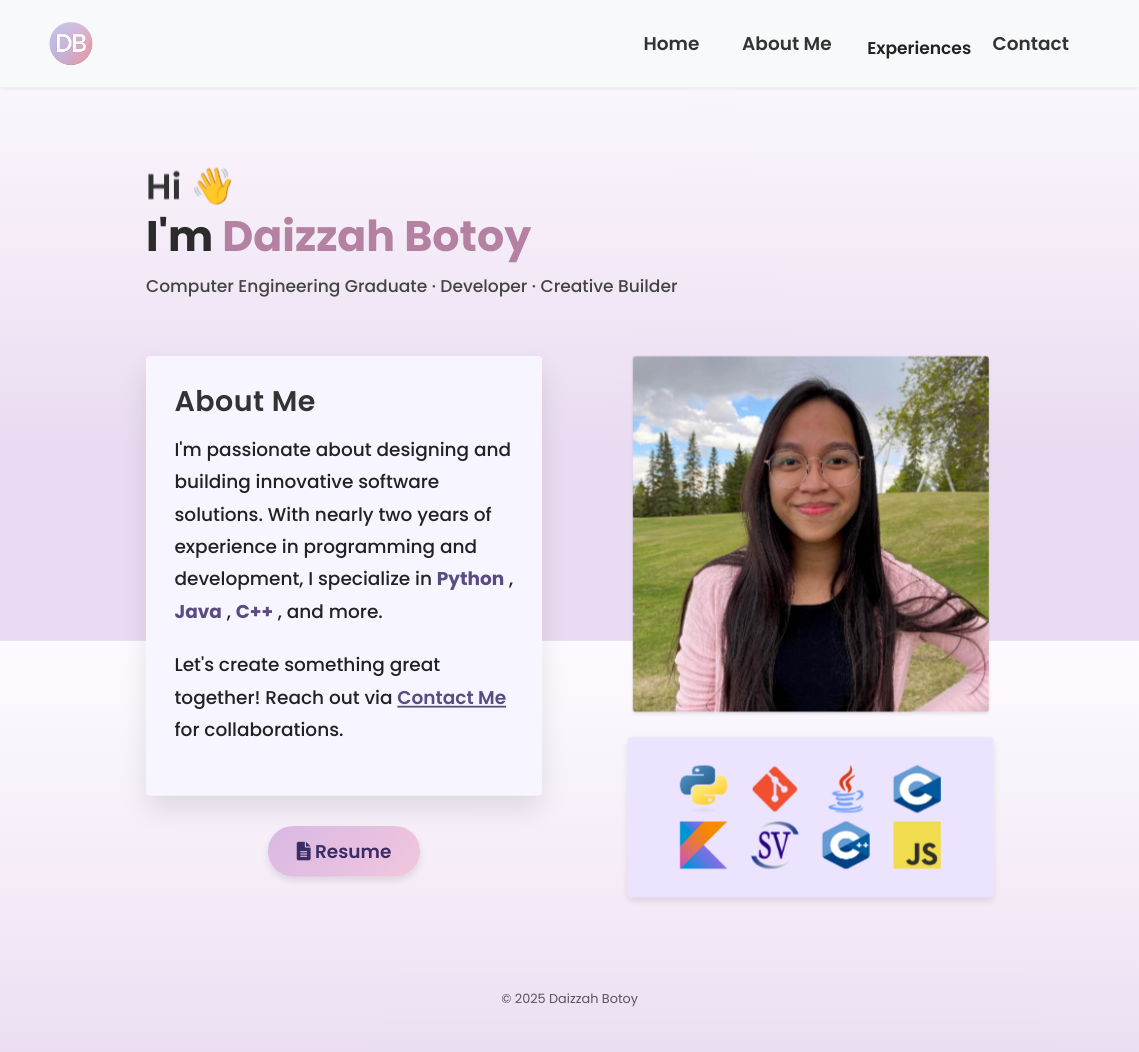
Repository: daizzah/daizzah-portfolio
Page: html/home.html
These files come from the project's save history. The page is drawn as it stood at one moment and after the next save; the edit follows.
The browser window is 1280 px wide. The pictures show the whole page, at 89% of full size.
Backgrounds fixed to the window are drawn as part of the page.

Above is the page before, as saved 2025-04-02 00:40:34.

### html/home.html
<!DOCTYPE html>
<html lang="en">
  <head>
    <meta charset="UTF-8" />
    <meta name="viewport" content="width=device-width, initial-scale=1.0" />
    <title>Daizzah Botoy</title>
    <link
      href="https://cdn.jsdelivr.net/npm/bootstrap@5.3.1/dist/css/bootstrap.min.css"
      rel="stylesheet"
    />
    <link
      href="https://cdnjs.cloudflare.com/ajax/libs/font-awesome/6.0.0-beta3/css/all.min.css"
      rel="stylesheet"
    />
    <link
      href="https://fonts.googleapis.com/css2?family=Poppins:wght@400;500;600;700&display=swap"
      rel="stylesheet"
    />
    <link rel="stylesheet" href="../styles.css" />
  </head>
  <body>
    <!-- Navbar -->
    <nav
      class="navbar navbar-expand-lg navbar-light bg-light sticky-top shadow-sm"
    >
      <div class="container">
        <a class="navbar-brand" href="home.html">
          <img
            src="../assets/db_icon.png"
            alt="DB Logo"
            style="height: 50px; width: 50px; border-radius: 50%"
          />
        </a>
        <button
          class="navbar-toggler"
          type="button"
          data-bs-toggle="collapse"
          data-bs-target="#navbarNav"
        >
          <span class="navbar-toggler-icon"></span>
        </button>
        <div class="collapse navbar-collapse" id="navbarNav">
          <ul class="navbar-nav ms-auto gap-3">
            <li class="nav-item">
              <a class="nav-link" href="home.html">Home</a>
            </li>
            <li class="nav-item">
              <a class="nav-link" href="aboutme.html#aboutme">About Me</a>
            </li>
            <li class="nav-item">
              <a class="nav-link" href="experiences.html#experiences"></a>
                Experiences
              </a>
            </li>
            <li class="nav-item">
              <a class="nav-link" href="contact.html#contact">Contact</a>
            </li>
          </ul>
        </div>
      </div>
    </nav>

    <!-- Main Content -->
    <section class="container my-5">
      <div class="text-center">
        <div class="title-container fade-in">
          <div class="hero-left">
            <div class="hero-lines">
              <div class="hero-hi roll-in">
                Hi
                <span class="wave">👋</span>
              </div>
              <div class="hero-name roll-in">
                I'm
                <span class="emphasized-name">Daizzah Botoy</span>
              </div>
            </div>
            <p class="hero-subtitle roll-in">
              Computer Engineering Graduate · Developer · Creative Builder
            </p>
          </div>
        </div>

        <div class="description-container">
          <div class="description-wrapper fade-in">
            <div class="short-description">
              <h3>About Me</h3>
              <p>
                I'm passionate about designing and building innovative software
                solutions. With nearly two years of experience in programming
                and development, I specialize in
                <span class="highlight">Python</span>
                ,
                <span class="highlight">Java</span>
                ,
                <span class="highlight">C++</span>
                , and more.
              </p>
              <p>
                Let's create something great together! Reach out via
                <span class="cta-link">Contact Me</span>
                for collaborations.
              </p>
            </div>
            <div class="button-container">
              <a
                href="../assets/DaizzahBotoyResume.pdf"
                class="btn btn-lg fade-in"
                style="transition-delay: 1s"
                target="_blank"
              >
                <i class="fas fa-file-alt"></i>
                Resume
              </a>
            </div>
          </div>

          <div class="profile-section fade-in">
            <a
              href="https://ca.linkedin.com/in/daizzah-botoy"
              target="_blank"
              class="profile-link"
            >
              <img
                src="../assets/DaizzahBotoyPhoto.jpg"
                alt="Your Picture"
                class="profile-picture"
              />
            </a>
            <div class="languages-container">
              <div class="languages-icons">
                <div class="language-icon" data-name="Python">
                  <img src="../assets/python.png" alt="Python" />
                </div>
                <div class="language-icon" data-name="Git">
                  <img src="../assets/git.png" alt="Git" />
                </div>
                <div class="language-icon" data-name="Java">
                  <img src="../assets/java.png" alt="Java" />
                </div>
                <div class="language-icon" data-name="C">
                  <img src="../assets/c.png" alt="C" />
                </div>
                <div class="language-icon" data-name="Kotlin">
                  <img src="../assets/kotlin.png" alt="Kotlin" />
                </div>
                <div class="language-icon" data-name="SystemVerilog">
                  <img src="../assets/systemverilog.png" alt="SystemVerilog" />
                </div>
                <div class="language-icon" data-name="C++">
                  <img src="../assets/c++.png" alt="C++" />
                </div>
                <div class="language-icon" data-name="JavaScript">
                  <img src="../assets/javascript.png" alt="JavaScript" />
                </div>
              </div>
            </div>
          </div>
        </div>
      </div>
    </section>

    <!-- Footer -->
    <footer class="site-footer">
      <p>&copy; 2025 Daizzah Botoy</p>
    </footer>

    <!-- Scripts -->
    <script>
      document.addEventListener("DOMContentLoaded", () => {
        const fadeElements = document.querySelectorAll(".fade-in");
        fadeElements.forEach((el, index) => {
          setTimeout(() => {
            el.classList.add("visible");
          }, index * 150);
        });
      });
    </script>
    <script src="https://cdn.jsdelivr.net/npm/bootstrap@5.3.1/dist/js/bootstrap.bundle.min.js"></script>
  </body>
</html>

### styles.css
html,
body {
  height: auto;
  min-height: 100vh;
  margin: 0;
  padding: 0;
  font-family: "Poppins", serif;
  background: linear-gradient(180deg, #fdfbff 0%, #f5edf8 35%, #e9dbf1 70%);
  background-repeat: no-repeat;
  background-attachment: fixed;
  display: flex;
  flex-direction: column;
}

/* ANIMATIONS */
:target {
  scroll-margin-top: 150px;
}

@keyframes fadeIn {
  from {
    opacity: 0;
    transform: translateY(20px);
  }

  to {
    opacity: 1;
    transform: translateY(0);
  }
}

@keyframes slideIn {
  0% {
    background-position: 100% 0;
  }

  100% {
    background-position: 0 0;
  }
}

@keyframes rollIn {
  0% {
    transform: rotateX(90deg);
    opacity: 0;
  }

  100% {
    transform: rotateX(0deg);
    opacity: 1;
  }
}

/* NAVIGATION BAR */
.navbar {
  background-color: #dedde3;
  padding: 1.5rem 1rem;
  font-size: 1.2rem;
  font-weight: 600;
  box-shadow: 0 4px 10px rgba(0, 0, 0, 0.1);
}

.navbar-brand {
  padding: 0;
  border-radius: 0;
  box-shadow: none;
  background: none;
}

.navbar-brand img {
  height: 40px;
  width: 40px;
  border-radius: 50%;
  object-fit: cover;
}

.navbar-brand:hover {
  box-shadow: 0 0 20px rgba(0, 0, 0, 0.3);
  /* Slightly stronger shadow on hover */
}

.navbar-nav .nav-link {
  transition: color 0.3s ease, transform 0.3s ease;
  font-weight: 600;
  font-size: 1.3rem;
  /* Larger font size for more impact */
  margin-right: 1rem;
  color: #333;
}

.navbar-nav .nav-link:hover {
  color: #5a4b81;
  transform: scale(1.05);
}

.navbar-nav .nav-link.active {
  color: #5a4b81;
  border-bottom: 2px solid #5a4b81;
}

/* TITLE */
.title-container,
.description-container {
  max-width: 1000px;
  /* Ensure both have the same width */
  margin: 0 auto;
  /* Center them */
  padding: 1.5rem;
  /* Add padding to both for consistency */
}

.title-container {
  text-align: left;
  justify-content: flex-start;
  /* Align content to the left */
  margin-top: 1rem;
}

.title-container .roll-in {
  display: inline-block;
  transform: rotateX(90deg);
  opacity: 0;
  animation: rollIn 0.3s ease forwards;
}

.subheading1 {
  font-size: 2.5rem;
  font-weight: 600;
}

.title-name {
  position: relative;
  display: inline-block;
  font-size: 4rem;
  font-weight: 600;
  color: #222;
}

.title-name::after {
  content: "";
  position: absolute;
  bottom: -10px;
  left: 0;
  width: 100%;
  height: 4px;
  background: linear-gradient(90deg, #d3b6f2, #f2c6de);
  border-radius: 2px;
}

.subheading2 {
  font-size: 2.5rem;
}

/* DESCRIPTION */
.description-container {
  display: flex;
  justify-content: flex-start;
  /* Align items to the left */
  align-items: flex-start;
  gap: 6rem;
}

.description-wrapper {
  display: flex;
  flex-direction: column;
  text-align: left;
}

.description-wrapper .btn-lg {
  margin-top: 1rem;
}

.short-description {
  font-family: "Poppins", sans-serif;
  font-weight: 500;
  /* Poppins has more thickness at 500 */
  max-width: 650px;
  /* Wider box */
  text-align: left;
  background-color: #f7f5ff;
  /* White background */
  padding: 2rem;
  /* Increase padding for more spacious feel */
  border-radius: 4px;
  /* Smooth, rounded corners */
  font-size: 1.3rem;
  /* Larger font size for readability */
  box-shadow: 0 15px 30px rgba(0, 0, 0, 0.1);
  /* Soft shadow for depth */
  animation: fadeIn 1s ease-in-out;
  line-height: 1.75;
  /* Line spacing for better readability */
  color: #333;
  /* Darker text for contrast */
}

.short-description h3 {
  font-size: 2rem;
  font-weight: 600;
  color: #333;
  /* Darker color for headings */
  margin-bottom: 1rem;
  /* Space after headings */
}

.short-description p {
  font-weight: 500;
  /* Adjust text weight for paragraphs (description) */
  font-stretch: expanded;
  margin-bottom: 1.5rem;
  /* Space between paragraphs */
}

.short-description .highlight {
  font-weight: bold;
  color: #5a4b81;
}

.short-description .cta-link {
  color: #5a4b81;
  font-weight: 600;
  text-decoration: underline;
  cursor: pointer;
}

.short-description:hover {
  box-shadow: 0 20px 40px rgba(0, 0, 0, 0.15);
  /* Stronger shadow on hover */
  transform: scale(1.05);
  /* Scale up effect */
  transition: all 0.3s ease;
}

.short-description .cta-link:hover {
  color: #3c2c66;
}

/* BUTTONS */
.button-container {
  display: flex;
  justify-content: center;
  gap: 3rem;
  margin-top: 1.1rem;
}

.btn-lg {
  padding: 0.8rem 2rem;
  font-size: 1.3rem;
  font-weight: 600;
  border: none;
  border-radius: 50px;
  background: linear-gradient(135deg, #d8b8e3, #f2c6de);
  color: #3c2c66;
  box-shadow: 0 4px 8px rgba(0, 0, 0, 0.1);
  transition: all 0.3s ease;
}

.btn-lg:hover {
  background: linear-gradient(135deg, #cda1da, #e8acc5);
  transform: translateY(-2px);
  box-shadow: 0 6px 12px rgba(0, 0, 0, 0.15);
}

.fade-in {
  opacity: 0;
  transform: translateY(20px);
  /* Adds a smooth upward motion */
  transition: opacity 0.5s ease, transform 0.5s ease;
}

.fade-in.visible {
  opacity: 1;
  transform: translateY(0);
}

/* PICTURES */
.profile-section {
  display: flex;
  flex-direction: column;
  /* Stack vertically */
  align-items: center;
  /* Horizontally center children */
  justify-content: center;
  /* Ensure proper vertical alignment */
  gap: 28px;
  /* Space between children */
}

.profile-picture {
  max-width: 400px;
  max-height: 400px;
  border-radius: 4px;
  box-shadow: 0 2px 4px rgba(0, 0, 0, 0.1);
  animation: fadeIn 1s ease-in-out;
  transition: transform 0.3s ease, box-shadow 0.3s ease;
}

.profile-picture:hover {
  transform: scale(1.1);
  box-shadow: 0 4px 8px rgba(0, 0, 0, 0.15);
}

.profile-link {
  position: relative;
  /* Ensures tooltip is positioned relative to this element */
  display: inline-block;
  /* Ensures proper layout for the tooltip */
}

.profile-link::after {
  content: "Click for LinkedIn";
  /* Tooltip text */
  position: absolute;
  top: -50px;
  /* Position below the profile picture */
  left: 50%;
  /* Center horizontally */
  transform: translateX(-50%);
  background-color: rgba(0, 0, 0, 0.7);
  /* Semi-transparent black background */
  color: white;
  padding: 5px 10px;
  font-size: 15px;
  border-radius: 4px;
  white-space: nowrap;
  opacity: 0;
  /* Initially hidden */
  pointer-events: none;
  /* Prevent interaction with the tooltip */
  transition: opacity 0.3s ease;
}

.profile-link:hover::after {
  opacity: 1;
  /* Show tooltip on hover */
}

.languages-container {
  background-color: #ece4ff;
  padding: 2rem;
  border-radius: 4px;
  max-width: 600px;
  margin-top: 1.5rem;
  box-shadow: 0 4px 8px rgba(0, 0, 0, 0.1);
}

.languages-icons {
  display: flex;
  flex-wrap: wrap;
  gap: 10px;
  justify-content: center;
  /* Center the icons inside the container */
}

.language-icon {
  position: relative;
  display: inline-block;
  width: 70px;
  /* Adjust size to fit icons */
}

.language-icon img:hover {
  transform: scale(1.1);
  /* Slight zoom on hover */
}

.language-icon img {
  width: 53px;
  height: 53px;
}

.language-icon::after {
  content: attr(data-name);
  position: absolute;
  top: -30px;
  left: 50%;
  transform: translateX(-50%);
  padding: 5px;
  background-color: rgba(0, 0, 0, 0.7);
  color: white;
  font-size: 13px;
  border-radius: 4px;
  opacity: 0;
  pointer-events: none;
  transition: opacity 0.3s ease;
}

.language-icon:hover::after {
  opacity: 1;
}

.languages-container,
.profile-picture {
  margin: 0 auto;
}

/* CARD */

.card {
  transition: transform 0.3s ease, box-shadow 0.3s ease;
  /* Smooth transition */
  border-radius: 8px;
  /* Reduce border radius significantly */
  box-shadow: 0 2px 6px rgba(0, 0, 0, 0.08);
  /* Less pronounced shadow */
  background-color: #f7f5ff;
  border: none;
  /* Remove border completely */
}

.card:hover {
  transform: translateY(-5px);
  box-shadow: 0 6px 15px rgba(0, 0, 0, 0.1);
}

.card-body {
  padding: 1.5rem;
  color: #333;
}

.card-img-top {
  border-radius: 5px;
}

.card-title {
  font-weight: 600;
  color: #333;
}

.card-text {
  font-size: 1rem;
  color: #333;
}

.experience-title,
.section-header {
  font-size: 2rem;
  font-weight: 700;
  color: #2b2b2b;
  margin-bottom: 1.5rem;
  border-left: 6px solid #b583c6;
  padding-left: 1rem;
  background: none;
  box-shadow: none;
  text-transform: none;
  letter-spacing: 0;
}

.experience-title:hover {
  transform: translateY(-4px);
  box-shadow: 0 6px 15px rgba(0, 0, 0, 0.15);
}

/* About Me Section */
.pink-box {
  background: linear-gradient(60deg, #dcd6f7, #e8c7de, #dcd6f7);
  padding: 20px;
  max-width: 95%;
  box-shadow: 0 4px 8px rgba(0, 0, 0, 0.2);
  position: relative;
  overflow: hidden;
  border: 2px solid rgba(255, 255, 255, 0.5);
}

.pink-box::after {
  content: "";
  position: absolute;
  top: -50%;
  left: -50%;
  width: 200%;
  height: 200%;
  background: linear-gradient(
    45deg,
    rgba(255, 255, 255, 0.05),
    rgba(255, 255, 255, 0.1)
  );
  transform: rotate(30deg);
  pointer-events: none;
}

#about-title {
  font-size: 2.5rem;
  font-weight: bold;
  color: #333333;
  margin-bottom: 1rem;
  position: relative;
  display: inline-block;
}

#about-title::after {
  content: "";
  position: absolute;
  left: 0;
  bottom: -6px;
  width: 100%;
  height: 5px;
  background: linear-gradient(to right, #d7c5f5, #f2c6de);
  border-radius: 3px;
}

.container {
  max-width: 1200px;
  margin: 0 auto;
  padding: 0 15px;
}

.text-center {
  text-align: center;
}

.row {
  display: flex;
  align-items: center;
  /* Vertically centers the content */
}

.profile-img {
  width: 100%;
  /* Makes the image responsive */
  max-width: 400px;
  /* Increase from 300px to 400px (or your preferred size) */
  height: auto;
  /* Maintains aspect ratio */
  border-radius: 50%;
  /* Optional: Makes the image circular */
  box-shadow: 0 2px 4px rgba(0, 0, 0, 0.1);
}

.profile-img:hover {
  box-shadow: 0 4px 8px rgba(0, 0, 0, 0.15);
}

.col-md-6 {
  padding: 20px;
  /* Adds space inside the text column */
}

.col-md-7 {
  padding: 20px;
  /* Adds padding inside the text column */
}

/* Bio Section */
.bio {
  font-size: 1.5rem;
  /* Adjust size as needed */
  line-height: 1.6;
  /* Improves readability */
  color: #333;
  /* Darker text for contrast */
}

/* Skills List */
.skills-list {
  list-style: none;
  padding-left: 0;
}

.skills-list li {
  font-size: 1.2rem;
  margin-bottom: 10px;
}

.skills-list li i {
  margin-right: 10px;
}

body,
.bio,
.card-body,
.short-description p {
  color: #222222;
}

footer,
.container.my-5 {
  background-color: transparent !important;
}

footer {
  margin-top: auto;
}

.site-footer {
  text-align: center;
  padding: 2rem 0;
  font-size: 0.9rem;
  color: #333;
  opacity: 0.8;
}

.subheading1,
.title-name,
.subheading2,
.experience-title,
#about-title {
  color: #333333;
  /* neutral dark grey instead of purple */
}

.hero-left {
  text-align: left;
  max-width: 600px;
  display: flex;
  flex-direction: column;
  gap: 0.3rem;
}

.hero-lines {
  display: flex;
  flex-direction: column;
  line-height: 1.2;
}

.hero-hi {
  font-size: 2.5rem;
  font-weight: 600;
  color: #333333;
  margin-bottom: 0.2rem;
  line-height: 1.2;
}

.wave {
  display: inline-block;
  animation: wave 2s infinite;
  transform-origin: 70% 70%;
}

@keyframes wave {
  0% {
    transform: rotate(0deg);
  }

  10% {
    transform: rotate(14deg);
  }

  20% {
    transform: rotate(-8deg);
  }

  30% {
    transform: rotate(14deg);
  }

  40% {
    transform: rotate(-4deg);
  }

  50% {
    transform: rotate(10deg);
  }

  60% {
    transform: rotate(0deg);
  }

  100% {
    transform: rotate(0deg);
  }
}

.hero-name {
  font-size: 3rem;
  font-weight: 700;
  color: #2b2b2b;
  margin-bottom: 0.5rem;
  line-height: 1.2;
}

.emphasized-name {
  color: #b481a2;
}

.hero-subtitle {
  font-size: 1.2rem;
  font-weight: 500;
  color: #444;
}

.section-header {
  background-color: #e6dcf0;

  padding: 0.8rem 1.5rem;
  font-size: 1.7rem;
  font-weight: 700;
  border-left: 6px solid #b583c6;
  box-shadow: 0 2px 5px rgba(0, 0, 0, 0.1);
  margin-bottom: 1.2rem;
}

.contact-form {
  background: linear-gradient(135deg, #fdfbff, #f6eaf5);
  border: 2px solid #f2c6de;
  padding: 2.5rem;
  border-radius: 12px;
  box-shadow: 0 15px 30px rgba(181, 131, 198, 0.1);
  max-width: 800px;
  margin: 0 auto;
  transition: all 0.3s ease-in-out;
}

.contact-form label {
  font-weight: 600;
  color: #3c2c66;
}

.contact-form .form-control {
  border-radius: 8px;
  border: 1px solid #ccc;
  box-shadow: none;
  padding: 0.75rem 1rem;
  font-size: 1rem;
}

.contact-form .form-control:focus {
  border-color: #e26f8f;
  box-shadow: 0 0 0 0.2rem rgba(226, 111, 143, 0.25);
  outline: none;
}

.contact-form button[type="submit"] {
  font-weight: 600;
  background: linear-gradient(135deg, #e26f8f, #d198b7);
  border: none;
  border-radius: 50px;
  color: white;
  padding: 0.7rem 2rem;
  margin-top: 1rem;
  transition: background 0.3s ease;
}

.contact-form button[type="submit"]:hover {
  background: linear-gradient(135deg, #d45b78, #ba6e95);
  transform: translateY(-2px);
}

.fancy-header {
  display: flex;
  align-items: center;
  gap: 0.75rem;
  font-size: 2.3rem;
  font-weight: 700;
  color: #2b2b2b;
  margin-bottom: 1.8rem;
  border-left: 6px solid #e26f8f;
  padding-left: 1rem;
  background: linear-gradient(90deg, #f6eaf5, #fdfbff);
  box-shadow: 0 2px 6px rgba(0, 0, 0, 0.08);
  border-radius: 8px;
}

.fancy-header .emoji {
  font-size: 2.5rem;
  animation: wave 2s infinite;
  transform-origin: 70% 70%;
}

.fancy-header .headline {
  background: linear-gradient(to right, #e26f8f, #d198b7);
  -webkit-background-clip: text;
  -webkit-text-fill-color: transparent;
}

.pretty-header {
  background: linear-gradient(90deg, #ffe9f0, #fdfbff);
  display: inline-block;
  padding: 0.8rem 2rem;
  border-radius: 12px;
  font-weight: 700;
  font-size: 1.8rem;
  color: #cc4e78;
  box-shadow: 0 4px 15px rgba(0, 0, 0, 0.05);
  margin-bottom: 2.5rem;
  /* 👈 this adds space below */
}

.pretty-header .emoji {
  font-size: 1.8rem;
  animation: wave 2s infinite;
  transform-origin: 70% 70%;
}

body,
input,
textarea,
button,
label {
  font-family: "Poppins", sans-serif;
}

h1,
h2,
h3,
h4,
.headline {
  font-weight: 600;
  letter-spacing: 0.5px;
}

After the next save:
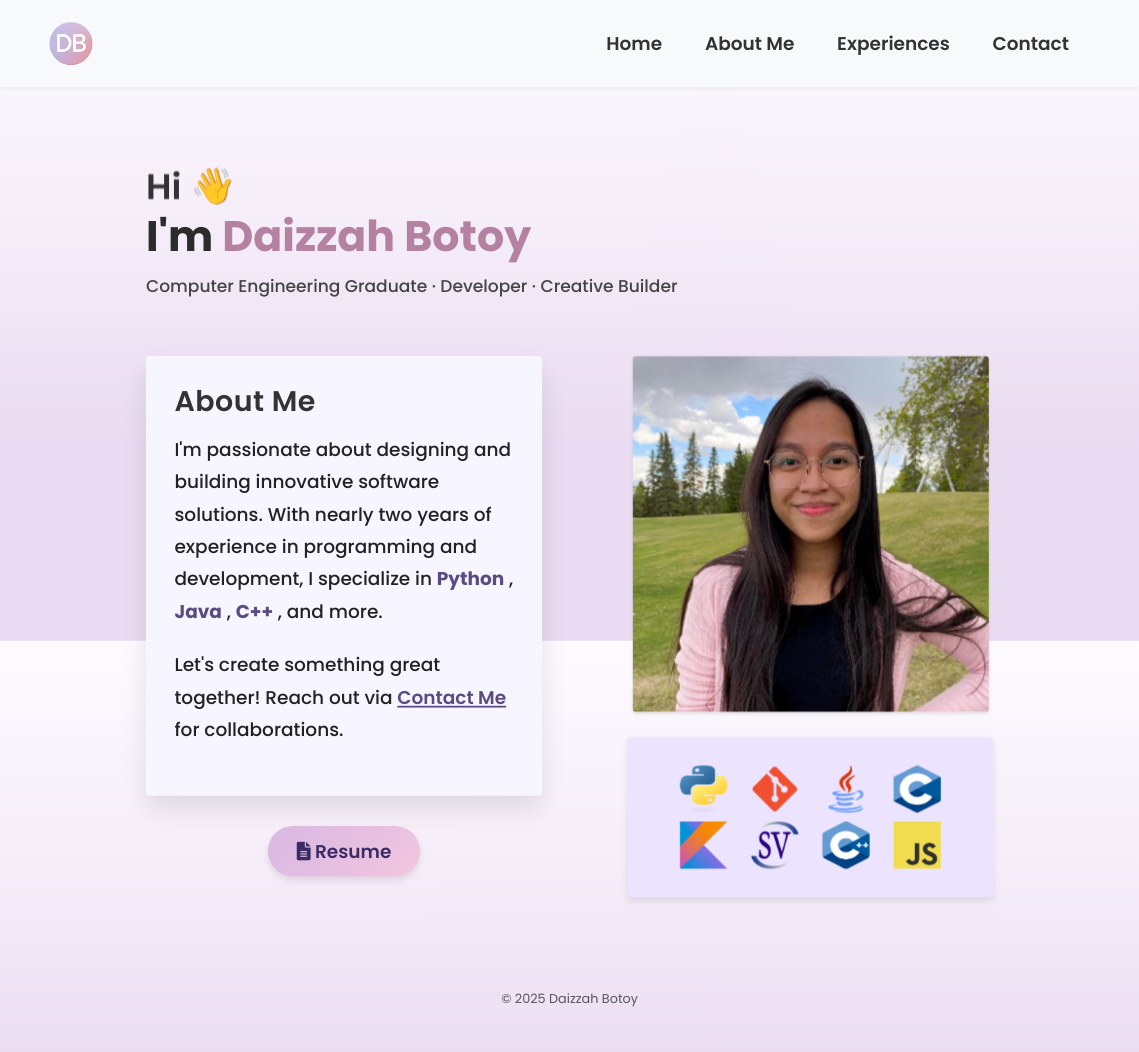
Saved 20 s later.
--- a/html/home.html
+++ b/html/home.html
@@ -48,7 +48,7 @@
               <a class="nav-link" href="aboutme.html#aboutme">About Me</a>
             </li>
             <li class="nav-item">
-              <a class="nav-link" href="experiences.html#experiences"></a>
+              <a class="nav-link" href="experiences.html#experiences">
                 Experiences
               </a>
             </li>
@@ -59,7 +59,6 @@
         </div>
       </div>
     </nav>
-
     <!-- Main Content -->
     <section class="container my-5">
       <div class="text-center">
